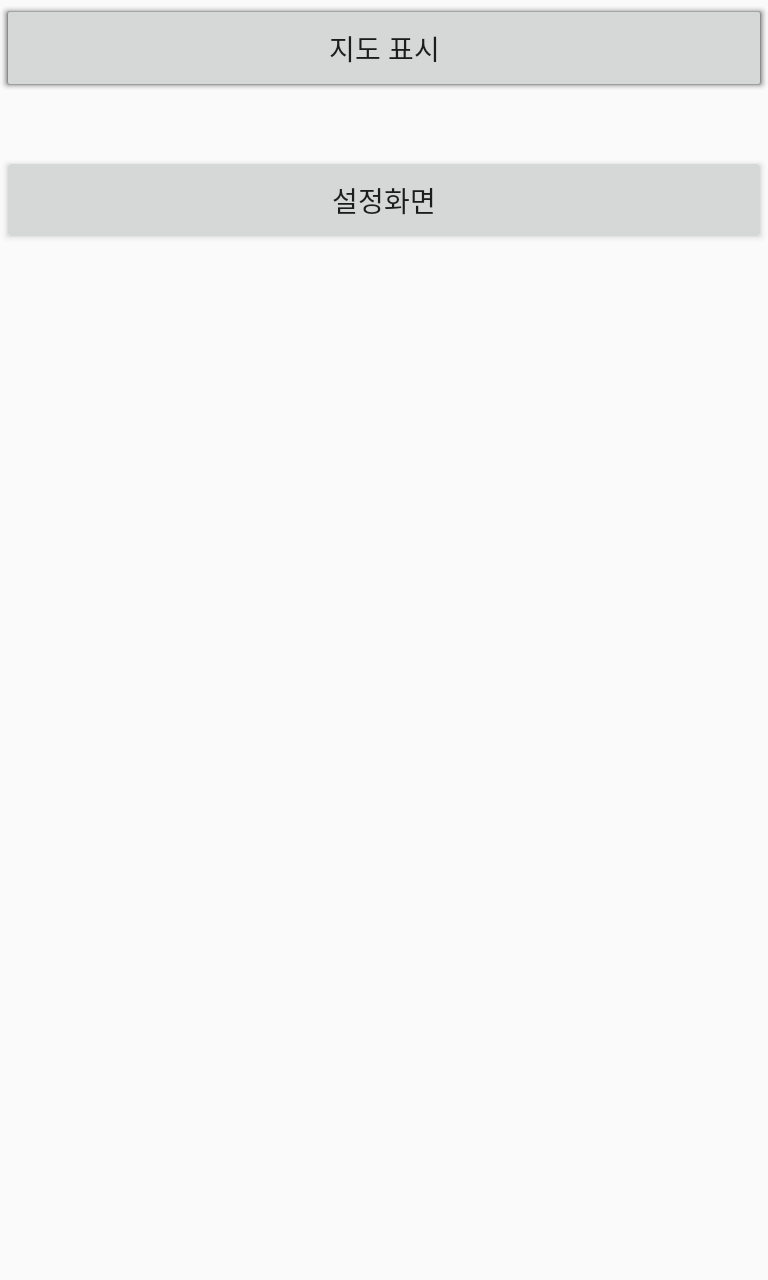
Repository: testGitHubTeam/study_Android
Layout: 62IntentDemo/res/layout/activity_main.xml
The author's editor kept a copy of each file at every save. The layout is drawn from the files as they stood at one save, then again after the next save.
It is drawn on a 768 x 1280 px phone screen (xhdpi) without system bars, with theme AppTheme; the app's code is not run.

Above is the layout before, as saved 2014-04-25 07:27:41.

After the next save:
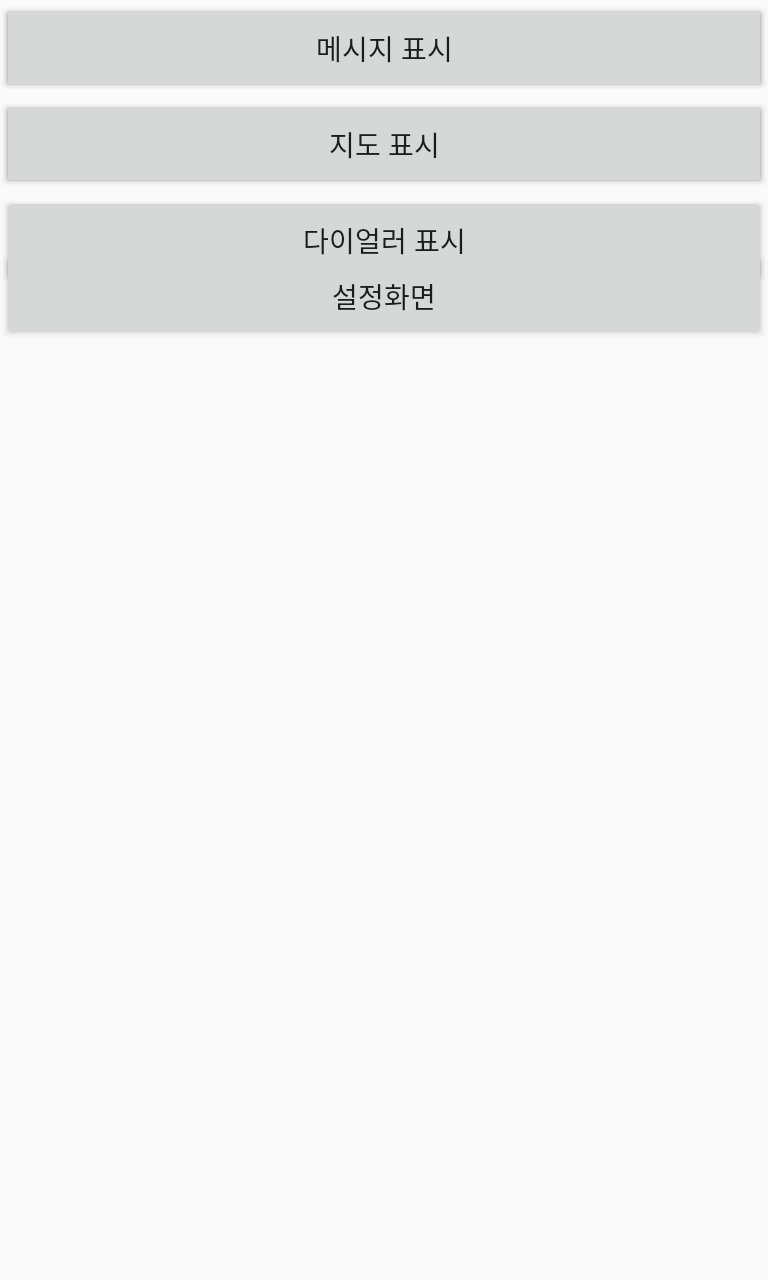
Saved 15 s later.
--- a/62IntentDemo/res/layout/activity_main.xml
+++ b/62IntentDemo/res/layout/activity_main.xml
@@ -19,7 +19,7 @@
         android:layout_width="match_parent"
         android:layout_height="wrap_content"
         android:layout_alignParentLeft="true"
-        android:layout_below="@+id/button1"
+        android:layout_below="@+id/btnWeb"
         android:text="통화시작" />
 
     <Button
@@ -27,7 +27,7 @@
         android:layout_width="match_parent"
         android:layout_height="wrap_content"
         android:layout_alignParentLeft="true"
-        android:layout_below="@+id/button2"
+        android:layout_below="@+id/btnCall"
         android:text="다이얼러 표시" />
 
     <Button
@@ -43,7 +43,7 @@
         android:layout_width="match_parent"
         android:layout_height="wrap_content"
         android:layout_alignParentLeft="true"
-        android:layout_below="@+id/button4"
+        android:layout_below="@+id/btnMessage"
         android:text="지도 표시" />
 
     <Button
@@ -51,7 +51,7 @@
         android:layout_width="match_parent"
         android:layout_height="wrap_content"
         android:layout_alignParentLeft="true"
-        android:layout_below="@+id/btnWeb"
+        android:layout_below="@+id/btnMap"
         android:layout_marginTop="28dp"
         android:text="설정화면" />
 
